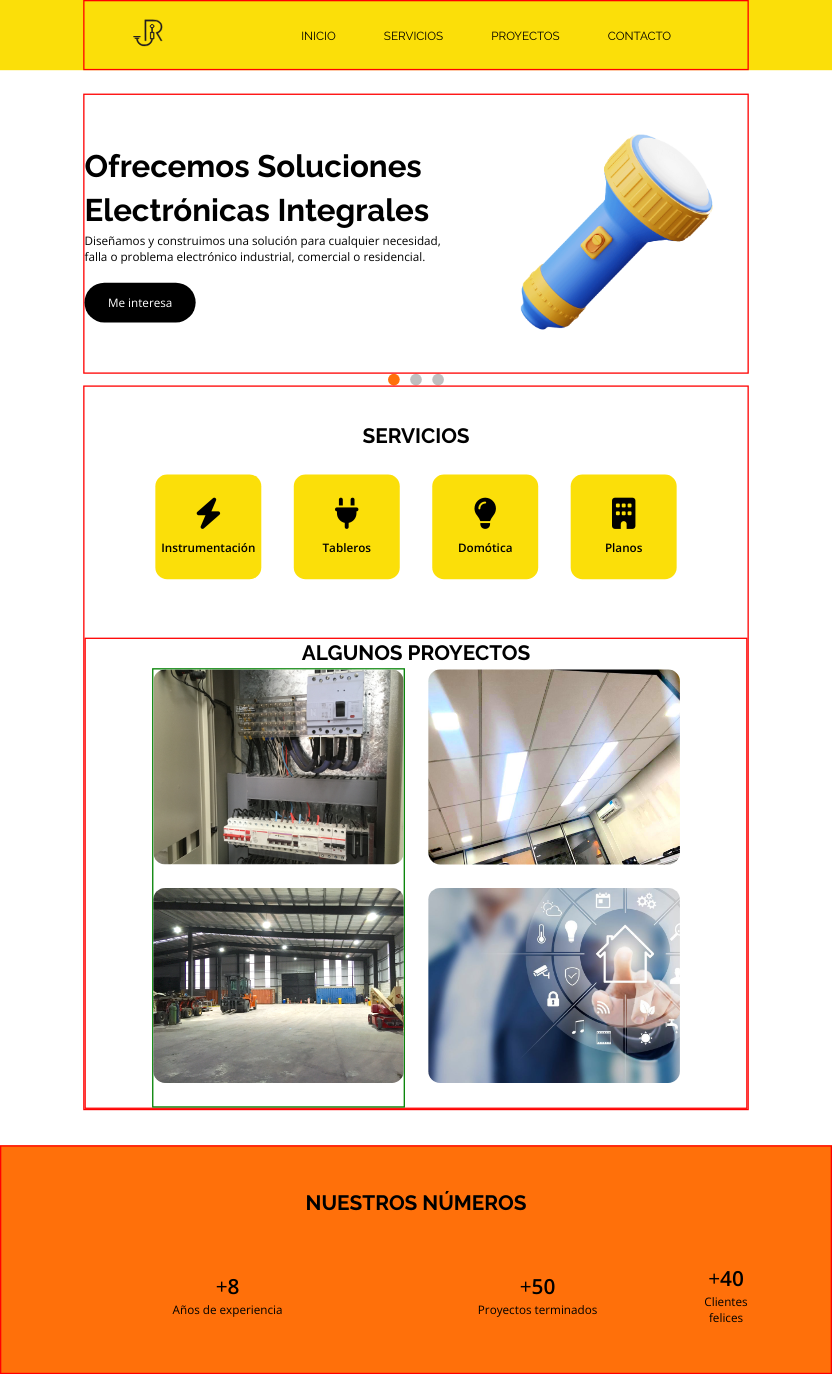
Repository: jeraldinnemg/rjelectronics
Page: index.html
An editor plug-in stored every save of this project. The page is shown before and after the next save, followed by the edit.
The browser window is 1280 px wide. The pictures show the whole page, at 65% of full size.
Some web libraries are served in a nearby version.

Above is the page before, as saved 2022-08-04 00:24:57.

### index.html
<!DOCTYPE html>
<html lang="en">
<head>
    <meta charset="UTF-8">
    <meta http-equiv="X-UA-Compatible" content="IE=edge">
    <meta name="viewport" content="width=device-width, initial-scale=1.0">
    <link rel="shortcut icon" href="img/favicon.png" type="image/x-icon">
    <!-- Google fonts -->
    <link rel="preconnect" href="https://fonts.googleapis.com">
    <link rel="preconnect" href="https://fonts.gstatic.com" crossorigin>
<link href="https://fonts.googleapis.com/css2?family=Open+Sans:wght@300;400;500;600&family=Raleway:wght@300;400;500;600;700;800&display=swap" rel="stylesheet">
<link rel="stylesheet" href="https://cdnjs.cloudflare.com/ajax/libs/font-awesome/6.1.1/css/all.min.css" integrity="sha512-KfkfwYDsLkIlwQp6LFnl8zNdLGxu9YAA1QvwINks4PhcElQSvqcyVLLD9aMhXd13uQjoXtEKNosOWaZqXgel0g==" crossorigin="anonymous" referrerpolicy="no-referrer" />
    <!-- Custom system -->
    <link rel="stylesheet" href="index.css">
    <script src="https://kit.fontawesome.com/05b8218d7f.js" crossorigin="anonymous"></script>


    <script src="navigation.js" defer></script>
    <script src="tabs.js" defer></script>
    <script src="counter.js" defer></script>

    <title>RJ Electronics</title>
</head>
<body>

    <!-- <link rel="stylesheet" href="https://maxcdn.bootstrapcdn.com/font-awesome/4.5.0/css/font-awesome.min.css">
    <a href="https://api.whatsapp.com/send?phone=541150219541&text=Hola%20RJelectronics%20tengo%20una%20consulta" class="float" target="_blank">
    <i class="fa fa-whatsapp my-float"></i>
    </a> -->

    <header class="primary-header">
        <div class="container row" style="border: 2px solid red">
            <a href="#">
                <img class="logo" width="50px" height="50px"src="img/logo.svg" alt="logo">
            </a>
            <button class="mobile-nav-toggle" aria-controls="primary-navigation"><span class="sr-only" aria-expanded="false">Menu</span></button>
            <nav>
                <ul class="primary-navigation flex" data-visible="false">
                    <li><a href="#inicio" class="uppercase text-dark ff-serif">Inicio</a></li>
                    <li><a href="#services" class="uppercase text-dark ff-serif">Servicios</a></li>
                    <li><a href="#projects" class="uppercase text-dark ff-serif">Proyectos</a></li>
                    <li><a href="#contact" class="uppercase text-dark ff-serif">Contacto</a></li>
                </ul>
            </nav>
        </div>
    </header>

    <section class="hero" id="inicio" >
        <div class="container row" style="border: 2px solid red">
            <!-- CTA-1 -->
            <article class="a-self" id="lampara-tab" role="tabpanel" tabindex="0">
                <h1 class="ff-serif fs-700">Ofrecemos Soluciones Electrónicas Integrales</h1>
                <p class="ff-sans fs-400">Diseñamos y construimos una solución para cualquier necesidad, falla o problema electrónico industrial, comercial o residencial.</p>
                <a href="https://api.whatsapp.com/send?phone=541150219541&text=Hola%20RJelectronics%20tengo%20una%20consulta" class="button" target="_blank"><span>Me interesa</span></a>
            </article>
            <!-- CTA-2 -->
            <article hidden class="a-self" id="destornillador-tab" role="tabpanel" tabindex="0">
                <h2 class="ff-serif fs-700">Creamos espacios luminosos a tu medida</h2>
                <p class="ff-sans fs-400">Nos encargamos de calcular los lumens necesarios para que obtengas un espacio con luz de calidad.</p>
                <a href="https://api.whatsapp.com/send?phone=541150219541&text=Hola%20RJelectronics%20tengo%20una%20consulta" class="button" target="_blank"><span>Ver más</span></a>
            </article>
            <!-- CTA-3 -->
            <article hidden class="a-self" id="interruptor-tab" role="tabpanel" tabindex="0">
                <h2 class="ff-serif fs-700">Creamos ambientes inteligentes</h2>
                <p class="ff-sans fs-400">Nos encargamos de automatizar espacios y lugares de manera fácil y rápida.</p>
                <a href="https://api.whatsapp.com/send?phone=541150219541&text=Hola%20RJelectronics%20tengo%20una%20consulta" class="button" target="_blank"><span>Me interesa</span></a>
            </article>
            <picture class= "hero__image" id="lampara-image">
                <img src="img/lampara.png" alt="lampara" >
            </picture>
            <picture class= "hero__image" hidden id="destornillador-image">
                <img src="img/destornillador.png" alt="destornillador">
            </picture>
            <picture class= "hero__image" hidden id="interruptor-image">
                <img src="img/interruptor.png" alt="interruptor">
            </picture>
        </div>
        <!-- Dots -->
       <div class="dot-indicators flex" role="tablist" aria-label="services list">
            <button aria-selected="true" aria-controls="lampara-tab" data-image="lampara-image" role="tab" tabindex="0"><span class="sr-only">Lampara</span></button>
            <button aria-selected="false" aria-controls="destornillador-tab" data-image="destornillador-image" role="tab" tabindex="-1"><span class="sr-only">destornillador</span></button>
            <button aria-selected="false" aria-controls="interruptor-tab" data-image="interruptor-image" role="tab" tabindex="-1"><span class="sr-only">Interruptor</span></button>
        </div>
    </section>
    <main class="container" style="border: 2px solid red">
        <section class="services" id="services">
            <h2 class="ff-serif fs-600 uppercase">Servicios</h2>
            <div class="container row">
                <article class="card flex">
                    <i class="fa-solid fa-bolt fs-700"></i>
                    <div class="card-body">
                        <h2 class="card-title fs-400">Instrumentación</h2>
                    </div>
                </article>
                <article class="card flex">
                    <i class="fa-solid fa-plug fs-700 "></i>
                    <div class="card-body">
                        <h2 class="card-title fs-400">Tableros</h2>

                    </div>
                </article>
                <article class="card flex">
                    <i class="fa-solid fa-lightbulb fs-700"></i>
                    <div class="card-body">
                        <h2 class="card-title fs-400">Domótica</h2>

                    </div>
                </article>
                <article class="card flex">
                    <i class="fa-solid fa-building  fs-700"></i>
                    <div class="card-body">
                        <h2 class="card-title fs-400">Planos</h2>

                    </div>
                </article>
        </div>
        </section>
        <section class="projects" id="projects" style="border: 2px solid red">
            <h2 class="ff-serif fs-600 uppercase">Algunos Proyectos</h2>
            <div class="container row">
            <div class="container  projects-container" style="border: 2px solid green">
                <article class="project" style="background-image: url('img/servicio-electricidad.JPG')">
                    <div class="project-overlay">
                    <h2 class="overlay-text fs-500 uppercase" >Tablero eléctrico</h2>
                    </div>
                </article>
                <article class="project" style="background-image: url('img/trabajos-iluminacion-galpon.JPG')">
                    <div class="project-overlay">
                        <h2 class="overlay-text fs-500 uppercase">Iluminación industrial</h2>
                    </div>
                </article>
            </div>
            <div class="container projects-container">
                <article class="project" style="background-image: url('img/iluminacion-oficinas.jpeg') ">
                    <div class="project-overlay">
                        <h2 class="overlay-text fs-500 uppercase">Iluminación de oficina</h2>
                    </div>
                </article>
                <article class="project" style="background-image: url('img/servicios-domotica.jpg') ">
                    <div class="project-overlay">
                        <h2 class="overlay-text fs-500 uppercase">Domótica en casa</h2>
                    </div>
                </article>
            </div>
            </div>
        </div>
        </section>
    </main>

   <section class="statics" style="border: 2px solid red">
        <h2 class="ff-serif fs-600 uppercase">Nuestros números</h2>
        <div class="container row" >
            <div class="container static">
                <span class="character fs-600">+</span><span class="counter character fs-600 fw-600 hide" data-target="8"></span>
                <p class="fs-400">Años de experiencia</p>
            </div>
            <div class="container static">
                <span class="character fs-600">+</span><span class="counter character fs-600 fw-600 hide" data-target="50"></span>
                <p class="fs-400">Proyectos terminados</p>
            </div>
            <div class="static">
                <span class="character fs-600">+</span><span class="counter character fs-600 fw-600 hide" data-target="40"></span>
                <p class="fs-400">Clientes felices</p>
            </div>
    </div>
    </section>

<!--
    <footer class="flex" id="contact">
        <a href="#">
            <img class="logo" width="50px" height="50px"src="img/logo.svg" alt="logo">
        </a>
        <div class="contact">
            <h3 class="ff-serif fs-400 uppercase">¡Síguenos!</h3>
            <div class="flex a-item"><i class="fa-brands fa-instagram"></i><a href="https://www.instagram.com/" class="text-dark  fs-400 ff-sans fw-200"  target="_blank">@rjelectronics</a></div>
            <div class="flex a-item"><i class="fa-brands fa-youtube"></i><a href="https://www.youtube.com/" class="text-dark fs-400 ff-sans fw-200"  target="_blank">Soluciones electrónicas</a></div>
            <div class="flex a-item"><i class="fa-brands fa-linkedin-in"></i><a href="https://www.linkedin.com/in/ingreinaldomora/" class="text-dark fs-400 ff-sans fw-200" target="_blank" >Reinaldo Mora</a></div>

        </div>
        <div class="contact">
            <h3 class="ff-serif fs-400 uppercase" >Contacto</h3>
            <div class="flex a-item"><i class="fa-solid fa-envelope"></i><p class="fs-400 ff-sans fw-200">info@rjelectronic.com</p></div>
            <div class="flex a-item"><i class="fa-solid fa-phone"></i><p class="fs-400 ff-sans">+54-1150219541</p></div>
            <div class="flex a-item"><i class="fa-solid fa-location-dot"></i><p class="fs-400 ff-sans">Buenos Aires, CABA.</p></div>
        </div>
    </footer>
    <div class="copyright">Made with <i class="fa-solid fa-bolt"></i> © by Jeralidea</div>
     -->
</body>
</html>

### index.css
/* ----------------------- */
/* --Custom properties---- */
/* ----------------------- */

:root {
   /*colors*/
   --clr-dark: 0 0% 0%;
   --clr-main: 53 97% 51%;
   --clr-secondary: 25 100% 52%;
   --clr-white: 0 0% 100%;

/*font-sizes*/
--fs-1100: 9.375rem; /*150x*/
--fs-1000: 6.25rem; /*100px*/
--fs-900: 4.5rem; /*72px*/
--fs-800: 3.5rem; /*56px*/
--fs-700: 3rem; /*48px*/
--fs-600: 2rem; /*32px*/
--fs-500: 1.75rem; /*28px*/
--fs-400: 1.125rem; /*18px*/
--fs-300: 1rem; /*16px*/
--fs-200: 0.875rem; /*14px*/

/*font-family*/
--ff-serif: "Raleway", serif;
--ff-sans: "Open sans", sans-serif;


}

.uppercase {
    text-transform: uppercase;
}

/* -------------- */
/* -----RESET---- */
/* -------------- */

*,
*::before,
*::after {
    box-sizing: border-box;
}

/* Reset margins */
h1,
h2,
h3,
h4,
h5,
body,
p,
picture,
figure {
    margin:0;
}

/* Set up the body  */

html{
    height: -webkit-fill-available;
    scroll-behavior: smooth;
}

body {
    font-family: var(--ff-sans);
    font-size: var(--fs-400);
    color:hsl(var(--clr-dark));
    height: 100vh;
    line-height: 1.4;
    min-height: 100vh;

    display: grid;
    grid-template-rows: min-content 1fr;

    overflow-x:hidden;
}

/* Make images easier to work */
img,
picture {
    max-width: 100%;
}

/* Make form elements easier to work*/
input,
select,
button,
textarea {
    font: inherit;
}

/* Remove all animations, transitions and smooth scroll for people that prefer not to see them (Accesibility Recourse piccali.li*/
@media (prefers-reduced-motion: reduce) {
    html:focus-within {
     scroll-behavior: auto;
    }

    *,
    *::before,
    *::after {
      animation-duration: 0.01ms !important;
      animation-iteration-count: 1 !important;
      transition-duration: 0.01ms !important;
      scroll-behavior: auto !important;
    }
  }

/* ------------------ */
/* -UTILITY CLASES-- */
/* ----------------- */

.flex {
    display: flex;
    gap: var(--gap, 1rem);
}

.grid {
    display: grid;
    gap: var(--gap, 1rem);
}

.a-self{
    align-self: center;
}

.a-item{
    align-items: center;
}


.container {
    width: 80%;
    max-width: 1200px;
    margin:0 auto;
}

.col {
    width:100%
}

header {
    background-color: var(--clr-dark);
    text-align: center;
}

header >div{
    display: flex;
}

.logo{
    margin: 1.5rem 0;
}

.nav {
    width: 100%;
}

.dot-indicators{
    justify-content: center;
}

.hero{
    margin-top: 2em;
}


.sr-only {
    position: absolute;
    width: 1px;
    height: 1px;
    padding: 0;
    margin: -1px;
    overflow: hidden;
    border: 0;
}

/*Colors */

.bg-dark { background-color: hsl(var(--clr-dark));}
.bg-yellow {background-color: hsl(var(--clr-yellow));}
.bg-white { background-color: hsl(var(--clr-white));}

.text-dark { color: hsl(var(--clr-dark));}
.text-dark { color: hsl(var(--clr-dark));}
.text-dark { color: hsl(var(--clr-dark));}

/*Typography */

.ff-serif {font-family: var(--ff-serif);}
.ff-sans {font-family: var(--ff-sans);}

.letter-spacing-1  {letter-spacing: 4.75px;}
.letter-spacing-2  {letter-spacing: 2.7px;}
.letter-spacing-1  {letter-spacing: 2.35px;}

.fs-900 {font-size: var(--fs-900);}
.fs-800 {font-size: var(--fs-800);}
.fs-700 {font-size: var(--fs-700);}
.fs-600 {font-size: var(--fs-600);}
.fs-500 {font-size: var(--fs-500);}
.fs-400 {font-size: var(--fs-400);}
.fs-300 {font-size: var(--fs-300);}
.fs-200 {font-size: var(--fs-200);}

.fw-400 {font-weight: 400;}
.fw-500 {font-weight: 500;}
.fw-600 {font-weight: 600;}

/* General */

.flex {
    display: flex;
    gap: var(--gap, 1rem);
}

.flex.even-columns > * {
    width: 100%;
}

.grid {
    display: grid;
    gap: var(--gap, 1rem);
}

.d-block {
    display: block;
}



/* ----------------- */
/* ---COMPONENT----- */
/* ----------------- */

/* Primary header */

.logo{
    margin: 1.5rem clamp(1.5rem, 5vw, 4rem);
}

.primary-header{
    align-items:center;
    justify-content: space-between;
    background-color: hsl(var(--clr-main));
}


.primary-navigation{
    --gap: clamp(1.5rem, 5vw, 3.5rem);
    list-style: none;
    text-decoration: none;
    padding: 0;
    margin:0;
}

.primary-navigation a{
    text-decoration: none;
    margin-right: 1em;
}

.mobile-nav-toggle{
    display: none;
}

@media(max-width:35em){
    .primary-navigation{
        --underline-gap: 0.5rem;
        position: fixed;
        inset: 0 0 0 20%;
        z-index:1000;
        padding: min(20rem, 15vh);
        margin:0;
        z-index:1000;
        list-style: none;
        flex-direction: column;
        background-color: hsl(var(--clr-main));
        transform: translateX(100%);
        transition: transform ease-in-out;

    }

    .primary-navigation[data-visible='true']{
        transform: translateX(0);
    }

    .mobile-nav-toggle {
        display: block;
        position: absolute;
        z-index:2000;
        right: 3rem;
        top: 2rem;
        background: transparent;
        background-image: url(img/icon-hamburger.svg);
        background-repeat:no-repeat;
        background-position: center;
        width: 1.5rem;
        aspect-ratio:1;
        border: 0;
        cursor: pointer;
    }

    .mobile-nav-toggle[aria-expanded='true']{
        background-image: url(img/icon-close.svg);
    }

    .mobile-nav-toggle:focus-visible{
        outline:5px solid white;
        outline-offset: 5px;
    }
}

@media (min-width: 35em){
    .primary-navigation, .contact{
        padding-inline: clamp(3rem, 7vw, 7rem);
    }

}

@media(min-width: 45em){
    .primary-navigation{
        margin-block:2rem;
    }
}


/* ---------- */
/* --BUTTON-- */
/* --------- */

 .button {
    display: inline-flex;
	background: hsl(var(--clr-dark));
    padding: 1em 2em;
    border-radius: 2em;
    color: hsl(var(--clr-white));
	position: relative;
    text-decoration: none;
    transition: 0.3s ease all;
	position:relative;
	overflow:hidden;
    margin-top: 1.5em;
}

.button span {
	position:relative;
	z-index:2;
	transition: 0.3s ease all;
}

.button::after {
	content: "";
	width: 100%;
	height:100%;
	background: hsl(var(--clr-secondary));
	position: absolute;
	z-index: 1;
	top: -80px;
	left: 0;
	transition: 0.3s ease-in-out all;
}

.button:hover::after{
	top:0;
	}

/* ---------- */
/* -- DOTS -- */
/* ---------- */

.dot-indicators > * {
        cursor: pointer;
        border: 0;
        border-radius: 50%;
        padding: .5em;
        background-color: hsl(var(--clr-dark)/ .25) ;
 }

.dot-indicators > *:hover,
.dot-indicators > *:focus {
        background-color: hsl(var(--clr-secondary)/ .5);
    }

.dot-indicators > [aria-selected="true"] {
        background-color: hsl( var(--clr-secondary) / 1);
    }

/* ---------- */
/* Card     */
/* --------- */
.card{
    background-color: hsl( var(--clr-main));
    flex-direction: column;
    align-items: center;
    padding: 2em 4em;
    margin: 2em 0em;
    border-radius: 1em;
}

i:hover{
    color: hsl( var(--clr-secondary));
}

.services, .projects, .statics{
    text-align: center;
    margin-top: 3em;
}

/* -------------------------*/
/* -------PROJECTS -------- */
/* -------------------------*/

.projects-container >article{
    position: relative;
    min-height: 300px;
    background-size: cover;
    background-repeat: no-repeat;
    background-position: center center;
    border-radius: 1em;
    margin-bottom: 2em;
}

.projects .project .project-overlay{
    width: 0%;
	height: 100%;
	position: absolute;
	bottom: 0;
	left: 0;
	right: 0;
	background: hsl( var(--clr-main));
	overflow: hidden;
    border-radius: 1em;
	transition: .5s ease;
}

.projects .project:hover .project-overlay {
    width: 100%;
    opacity: 0.8;
}

.overlay-text {
	top: 50%;
	left: 50%;

	position: absolute;
	white-space: nowrap;
	color: hsl(var(--clr-dark));
	transform: translate(-50%, -50%);
	overflow: hidden;
	border-top: 1px solid #fff;
	border-bottom: 1px solid #fff;
}

/* -------------------------*/
/* -------STATICS --------- */
/* -------------------------*/

.statics {
    background-color: hsl( var(--clr-secondary));

}

.statics >h2{
    margin-top: 2em;
}

.static{
    padding: 2em 0em;
    margin: 2em 0em;
}

.character {
    color: hsl( var(--clr-dark));
}

/* -------------------------*/
/* -------FOOTER ---------- */
/* -------------------------*/

footer{
    background-color: hsl( var(--clr-main));
    color: hsl( var(--clr-dark));
    padding: 2em 0em;
    text-align: center;
    line-height: 2.5em;

    flex-direction: column;
    align-items:center;
    justify-content: space-between;
}

.copyright {
    text-align: center;
    background-color: hsl( var(--clr-main)/0.5);
}

.copyright i {
    color: hsl( var(--clr-secondary));
}

footer a {
    text-decoration: none;
    list-style: none;
}

/* -------------------------*/
/* -------Whataspp--------- */
/* -------------------------*/

.float{
	position:fixed;
	width:60px;
	height:60px;
	bottom:40px;
	right:40px;
	background-color:#25d366;
	color:#FFF;
	border-radius:50px;
	text-align:center;
  font-size:30px;
	box-shadow: 2px 2px 3px #999;
  z-index:100;
}

.float:hover {
	text-decoration: none;
	color: #25d366;
  background-color:#fff;
}

.my-float{
	margin-top:16px;
}

/* -------------------------*/
/* -------COUNTER----------- */
/* -------------------------*/

@keyframes show {
    0% {
        opacity: 0.5;
        transform: translateY(100px);
    }
    100% {
        opacity: 1;
        transform: translateY(0);
    }
}

.hide {
    opacity: 0%;
}

.animate{
    animation: show 1.3s;
}

/* -------------------------*/
/* -------LAYOUT----------- */
/* -------------------------*/

.grid-container {
    display: grid;
    text-align: center;
    place-items:center;
    padding-inline: 1rem;
}

@media (min-width: 35em){

}

@media (min-width: 45em){
    .row {
        display: flex;
        align-items: center;
        justify-content: space-around;
    }

    .grid-container {
        text-align: left;
        column-gap: var(--container-gap, 2rem);
        grid-template-columns: minmax(1rem, 1fr)
        repeat (2, minmax((0, 30rem)) minmax(1rem, 1fr));
    }

    .container {
        flex-direction: row;
        gap: 2em;
    }

    .hero__image{
        max-width: 40%;
    }

    .card {
        max-width: 20%;
    }

    .projects-container article:last-child {
        margin-top: 2em;
     }



    footer{
        flex-direction: row;
        justify-content: space-between;
        align-items: center;
    }

}

### navigation.js
// javascript

const nav = document.querySelector(".primary-navigation");
const navToggle = document.querySelector('.mobile-nav-toggle');


// when someone clicks the hamburguer button

navToggle.addEventListener('click', () => {

// if the nav is closed, open it

    const visibility = nav.getAttribute("data-visible");

    if (visibility === 'false') {
        nav.setAttribute('data-visible', true);
        navToggle.setAttribute('aria-expanded', true);
    } else {
        nav.setAttribute('data-visible', false);
        navToggle.setAttribute('aria-expanded', false);

    }
});

### counter.js
const counters = document.querySelectorAll('.counter')

counters.forEach(counter => {
    counter.innerText='0';

    const updateCounter = () => {

        // Create const
        const target = +counter.getAttribute('data-target')


         const c = +counter.innerText

         const increment = target / 300;

         if (c < target) {
             counter.innerText = `${Math.ceil(c+increment)}`
             setTimeout(updateCounter,100)
         } else {
             counter.innerText = target
         }
         // verify target function console.log(typeof target, target)
         //console.log(increment)
    }

    updateCounter()

    const showCounter= elements =>{
        elements.forEach(e => {
            if(e.isIntersecting){
                e.target.classList.add('animate')
                e.target.classList.remove('hide')
                setTimeout(updateCounter, 500)
            }
        });
    }

    const observer = new IntersectionObserver(showCounter, {
        threshold:.7 // 0-1
    })

    const elementsHTML = document.querySelectorAll('.counter');
    elementsHTML.forEach(elementHTML =>{
        observer.observe(elementHTML)
    })

})

Loaded but not shown: tabs.js (74 lines, source omitted)

After the next save:
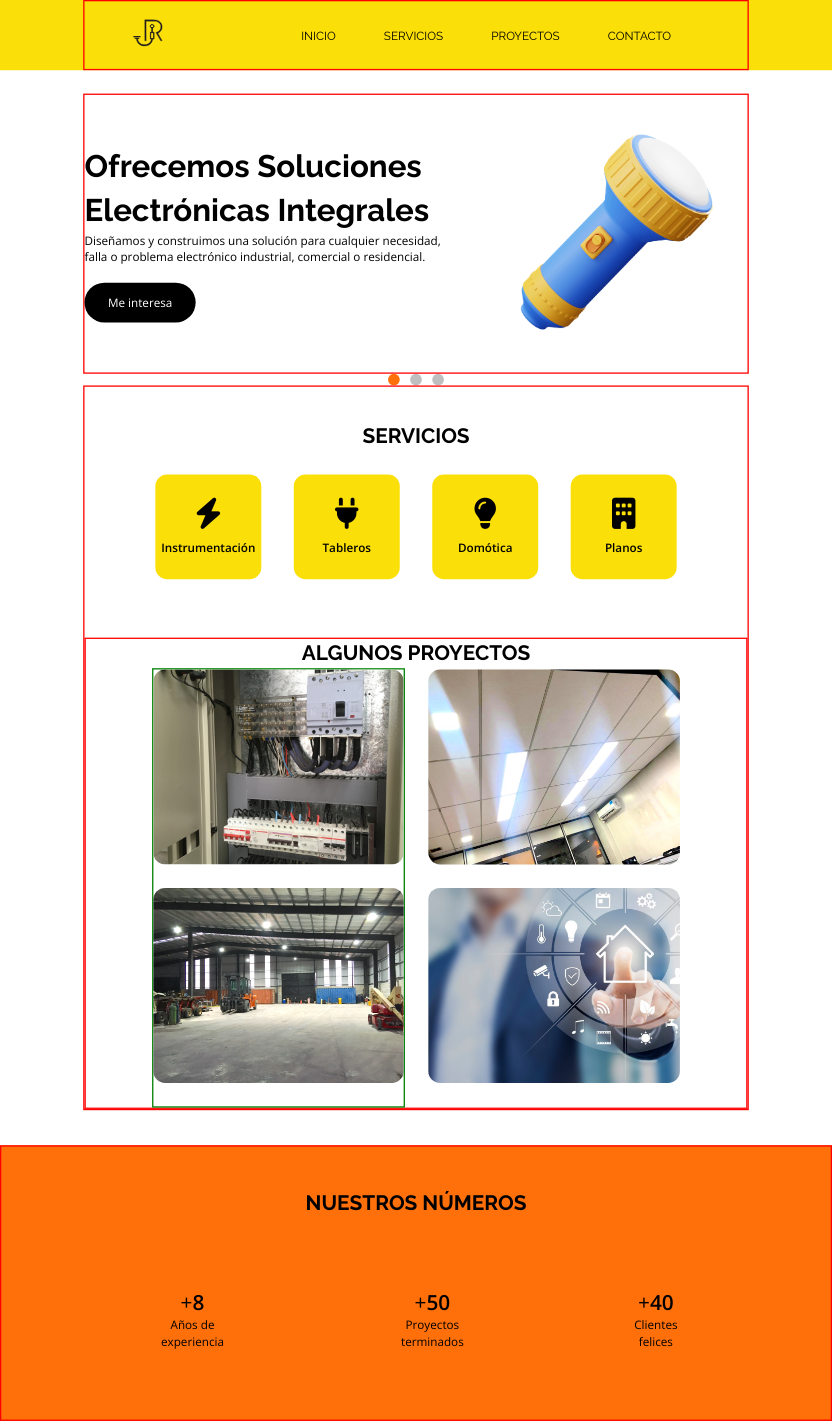
Saved 12 s later.
--- a/index.css
+++ b/index.css
@@ -465,8 +465,8 @@ i:hover{
 }
 
 .static{
-    padding: 2em 0em;
-    margin: 2em 0em;
+    padding: 2em 4em;
+    margin: 4em 2em;
 }
 
 .character {
